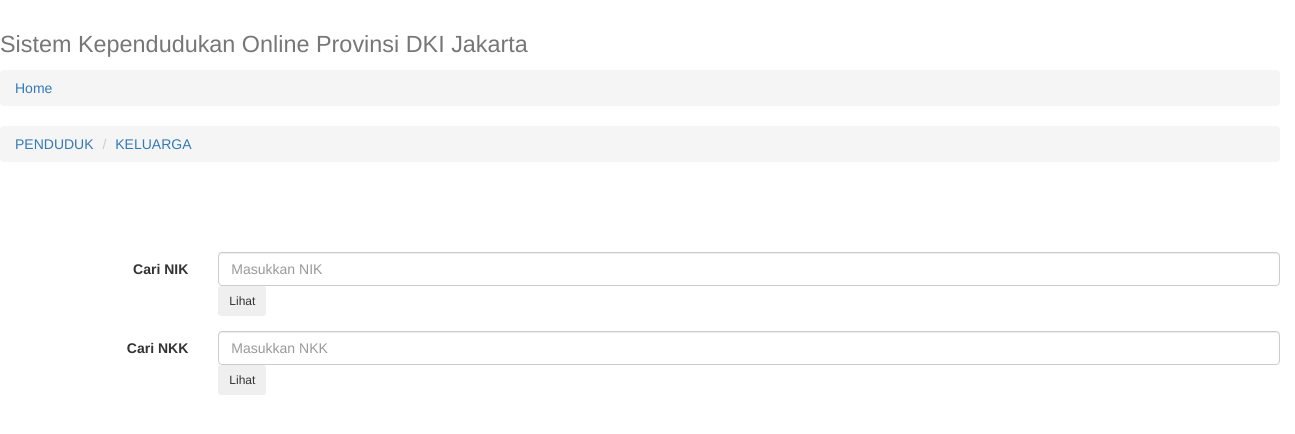
Repository: apap-2017/tugas1_1406544135
Page: http://localhost/index
An editor plug-in stored every save of this project. The page is shown before and after the next save, followed by the edit.
The browser window is 1280 px wide. The page is 1295 px wide, so the pictures cover 1295 px, including what lies to the right of the window. The pictures show the whole page.
The page is this project's Thymeleaf template; nobody is signed in. The template is opened directly, without the code that normally fills it, so the values that code supplies are empty.

Above is the page before, as saved 2017-10-20 03:49:58.

### Tugas1_1406544135/src/main/resources/templates/index.html
<!DOCTYPE HTML>
<html xmlns="http://www.w3.org/1999/xhtml"
	xmlns:th="http://www.thymeleaf.org">
<head>
<title>Siduk DKI</title>
<meta http-equiv="Content-Type" content="text/html; charset=UTF-8" />
     <link href="../../static/css/bootstrap.min.css" rel="stylesheet" th:href="@{/css/bootstrap.min.css}" />
</head>

<body>

	<section class="content-header">
		<h1>
			<small>Sistem Kependudukan Online Provinsi DKI Jakarta</small>
		</h1>
		<ol class="breadcrumb">
			<li><a th:href="@{/}">Home</a></li>
		</ol>
		<ol class="breadcrumb">
			<li><a th:href="@{/penduduk/}">PENDUDUK</a></li>
			<li><a th:href="@{/keluarga/}">KELUARGA</a></li>
		</ol>
	</section>

	<nav class="navbar navbar-static-top" role="navigation">

	</nav>

	<form class="form-horizontal" action="/penduduk" method="get">
		<div class="form-group">
			<label class="col-sm-2 control-label">Cari NIK</label>
			<div class="col-sm-10">
				<input type="text" name="nik" class="form-control" placeholder="Masukkan NIK"/>
				<button type="submit" class="btn btn-sm bg-teal pull-left" name="action" value="save">Lihat</button>
			</div>
		</div>
	</form>

	<form class="form-horizontal" action="/keluarga" method="get">
		<div class="form-group">
			<label class="col-sm-2 control-label">Cari NKK</label>
			<div class="col-sm-10">
				<input type="text" name="nkk" class="form-control" placeholder="Masukkan NKK"/>
				<button type="submit" class="btn btn-sm bg-teal pull-left" name="action" value="save">Lihat</button>
			</div>
		</div>
	</form>

</body>

</html>

Loaded but not shown: Tugas1_1406544135/src/main/resources/static/css/bootstrap.min.css (library)

After the next save:
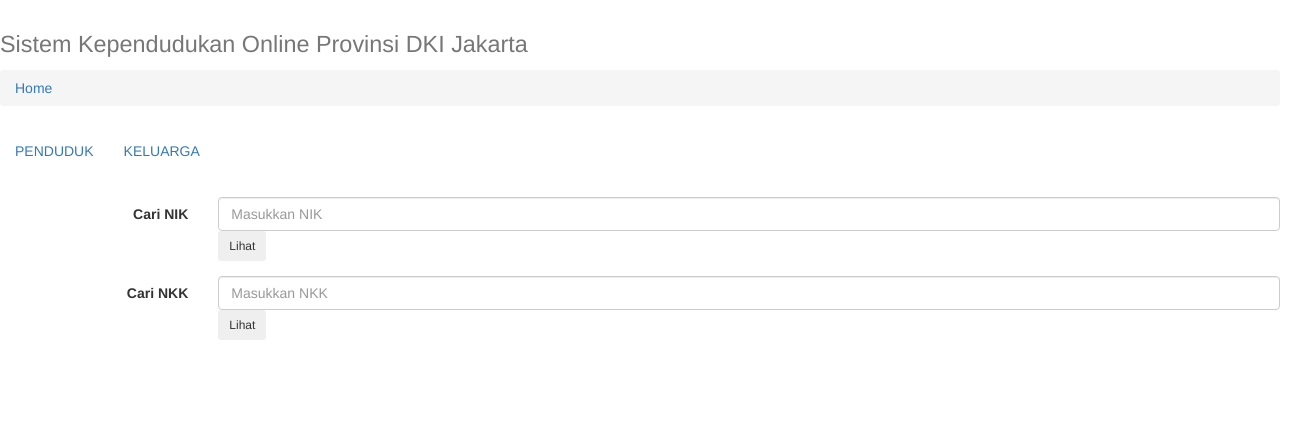
Saved 11 s later.
--- a/Tugas1_1406544135/src/main/resources/templates/index.html
+++ b/Tugas1_1406544135/src/main/resources/templates/index.html
@@ -16,14 +16,13 @@
 		<ol class="breadcrumb">
 			<li><a th:href="@{/}">Home</a></li>
 		</ol>
-		<ol class="breadcrumb">
-			<li><a th:href="@{/penduduk/}">PENDUDUK</a></li>
-			<li><a th:href="@{/keluarga/}">KELUARGA</a></li>
-		</ol>
 	</section>
 
 	<nav class="navbar navbar-static-top" role="navigation">
-
+		<ul class="nav navbar-nav">
+			<li><a th:href="@{/penduduk/}">PENDUDUK</a></li>
+			<li><a th:href="@{/keluarga/}">KELUARGA</a></li>
+		</ul>
 	</nav>
 
 	<form class="form-horizontal" action="/penduduk" method="get">
